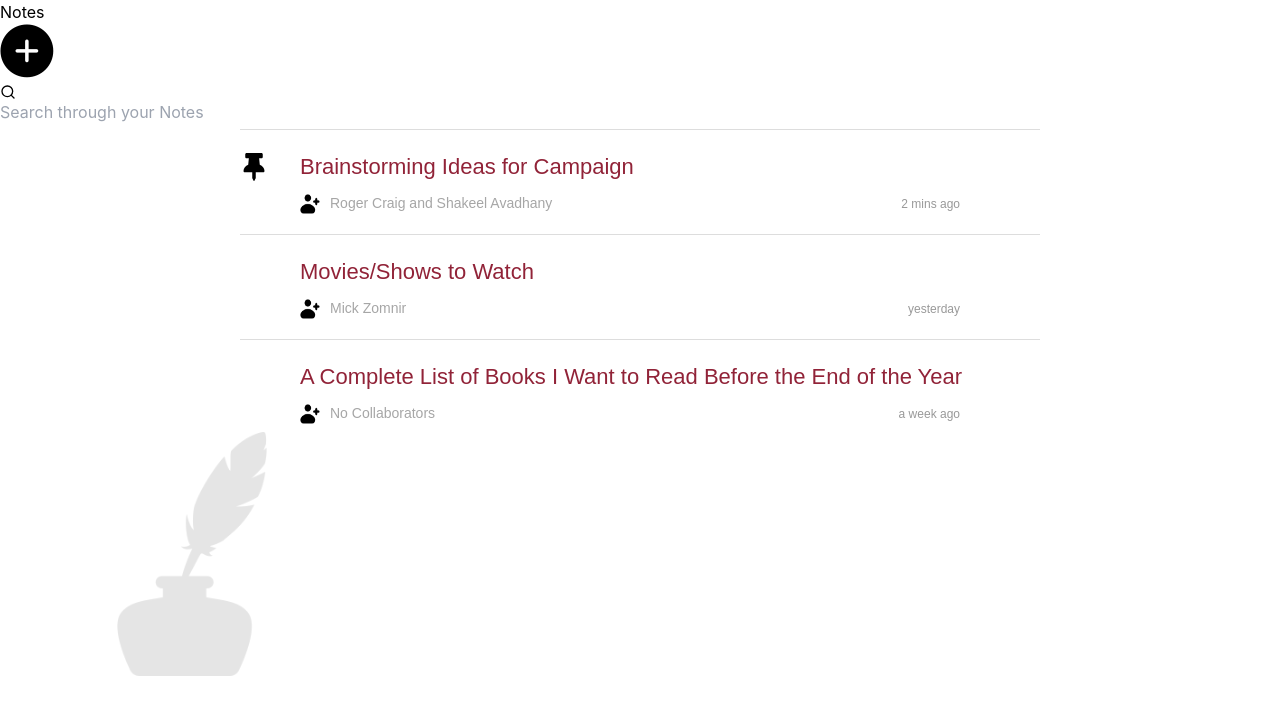
Repository: shabiasaeed/Notes-app
Page: /
The author's editor kept a copy of each file at every save. The page is drawn from the files as they stood at one save, then again after the next save.
The browser window is 1280 px wide. The pictures show the whole page.
The project was rebuilt for these pictures with package versions that can differ from the ones it lists, and the page was loaded fresh each time. Also part of the build but not shown: src/components/Header.css.

Above is the page before, as saved 2025-01-01 17:51:45.

After the next save:
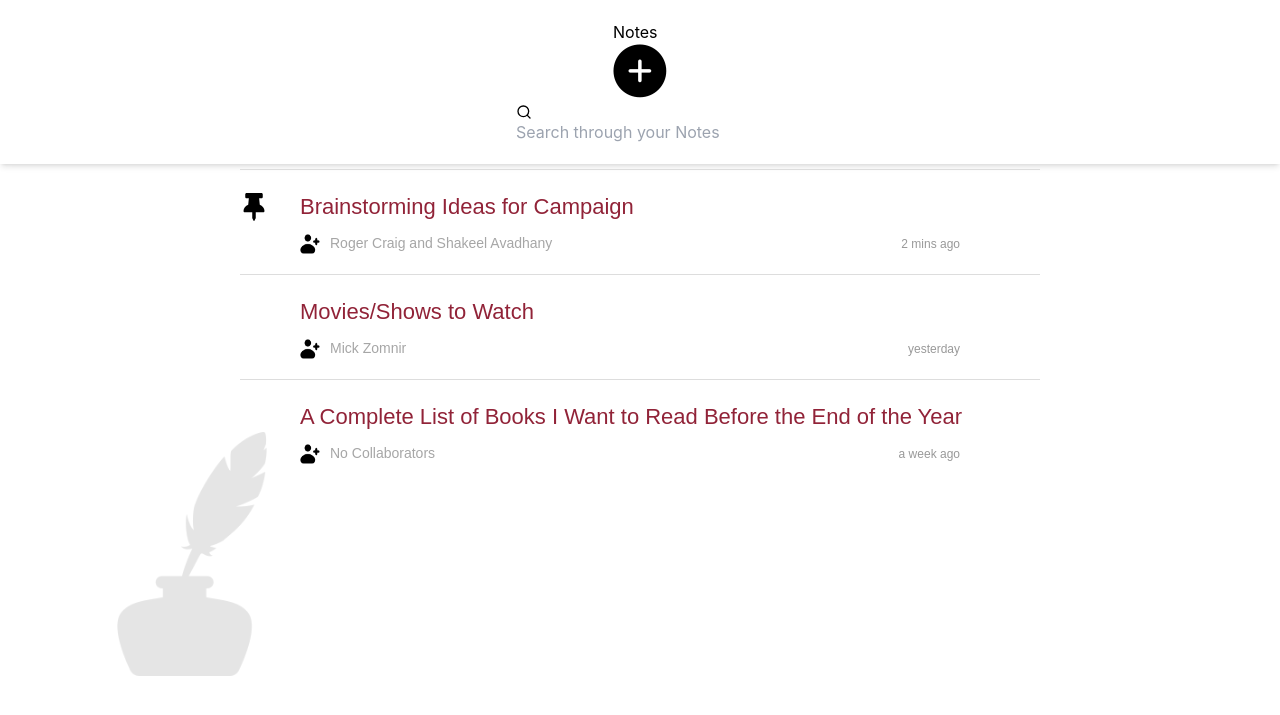
Saved 45 s later.
--- a/src/components/Header.js
+++ b/src/components/Header.js
@@ -6,7 +6,7 @@ import { FiSearch } from 'react-icons/fi';
 // Component to handle the display of the application's header section
 const Header = ({ setSearchNotes }) => {
   return (
-    <header className="header">
+    <header className="p-5 bg-white flex flex-col items-center shadow-md">
       <div className="header-top">
         <h1 className="title">Notes</h1>
         <button className="add-button">
